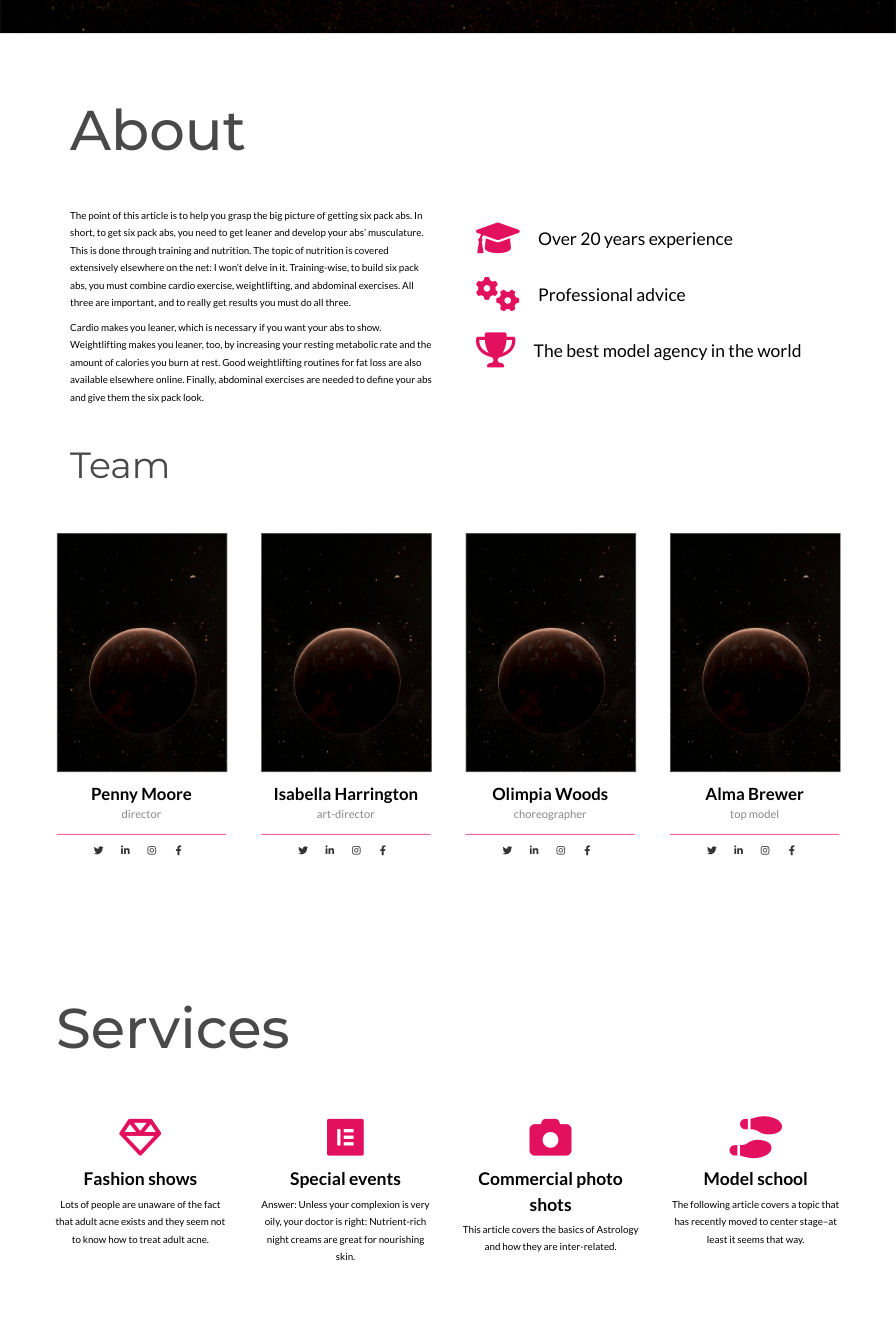
Repository: soniaarefin/cosmo
Page: index.html
The author's editor kept a copy of each file at every save. The page is drawn from the files as they stood at one save, then again after the next save.
The browser window is 1280 px wide. The pictures show the part of the page from y = 665 to 2585 px (the page is 2581 px tall before and 2585 px after), at 70% of full size.

Above is the page before, as saved 2021-11-09 21:43:54.

After the next save:
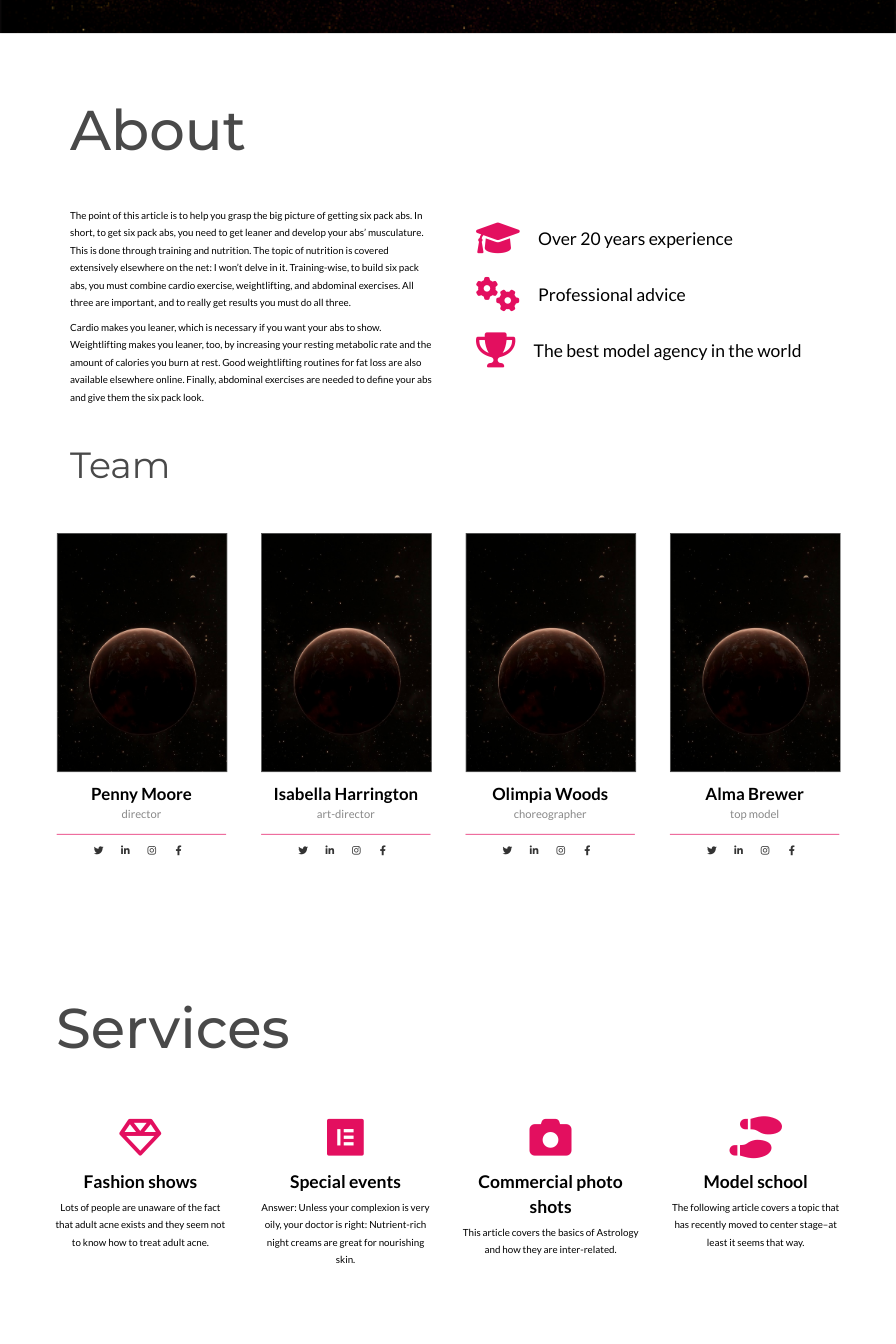
Saved 11 s later.
--- a/assets/css/style.css
+++ b/assets/css/style.css
@@ -399,7 +399,7 @@ section{
     margin: 8px 0;
 }
 .services-icon {
-    margin: 8px 12px;
+    margin: 8px 0 12px;
     display: block;
     font-size: 60px;
     color: #e30f5f;
